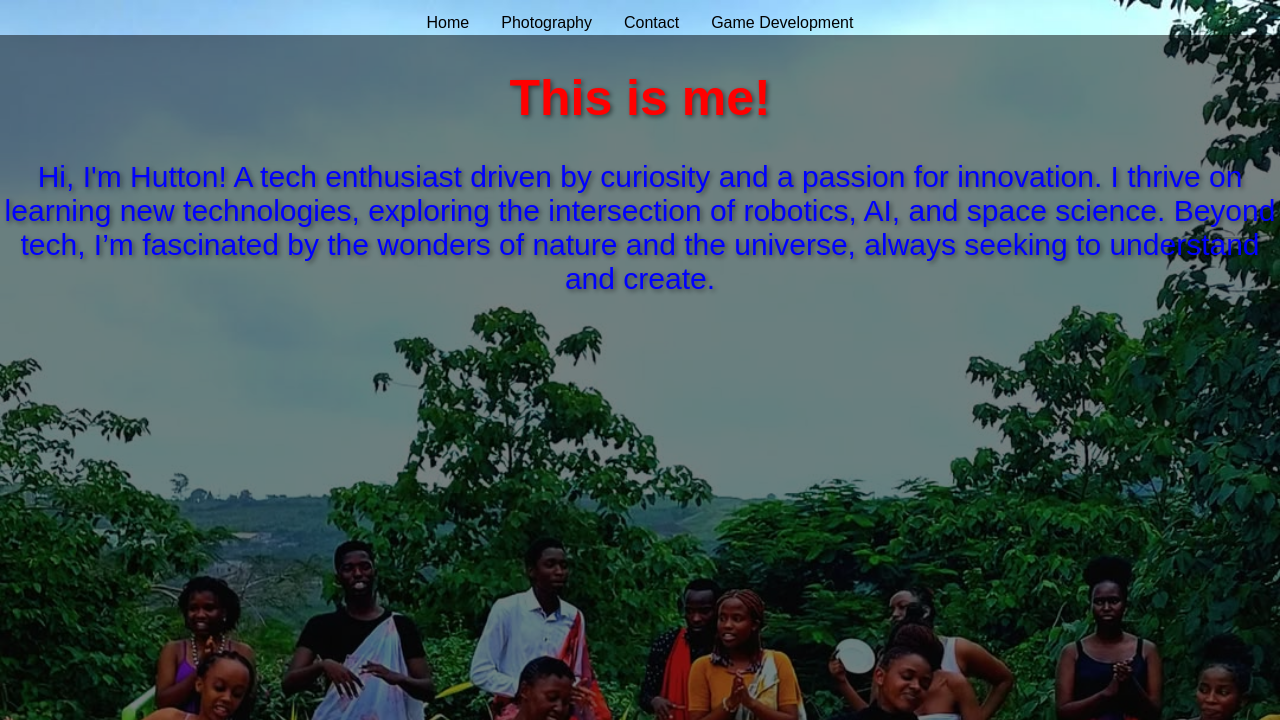
Repository: Argivist/ArgPortfolio
Page: index.html
An editor plug-in stored every save of this project. The page is shown before and after the next save, followed by the edit.
The browser window is 1280 px wide. The pictures show the whole page.

Above is the page before, as saved 2025-03-28 16:05:57.

After the next save:
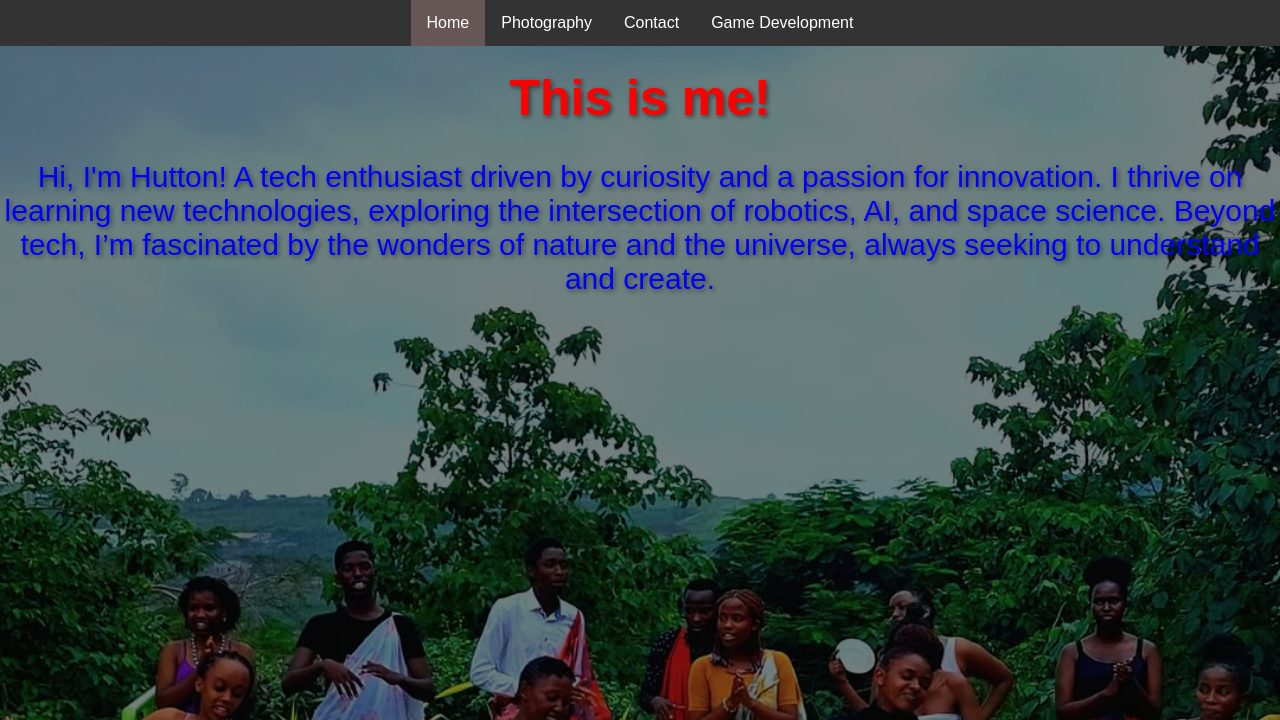
Saved 15 s later.
--- a/css/home.css
+++ b/css/home.css
@@ -1,3 +1,12 @@
+/* Custom Theme variables */
+:root {
+    --nav-bg: #333;
+    --nav-link-color: #fff;
+    --nav-link-hover-bg: #111;
+    --dropdown-bg: #f9f9f9;
+    --active-bg: #675656;
+}
+
 h1 {
     color: red;
     font-size: 50px;
